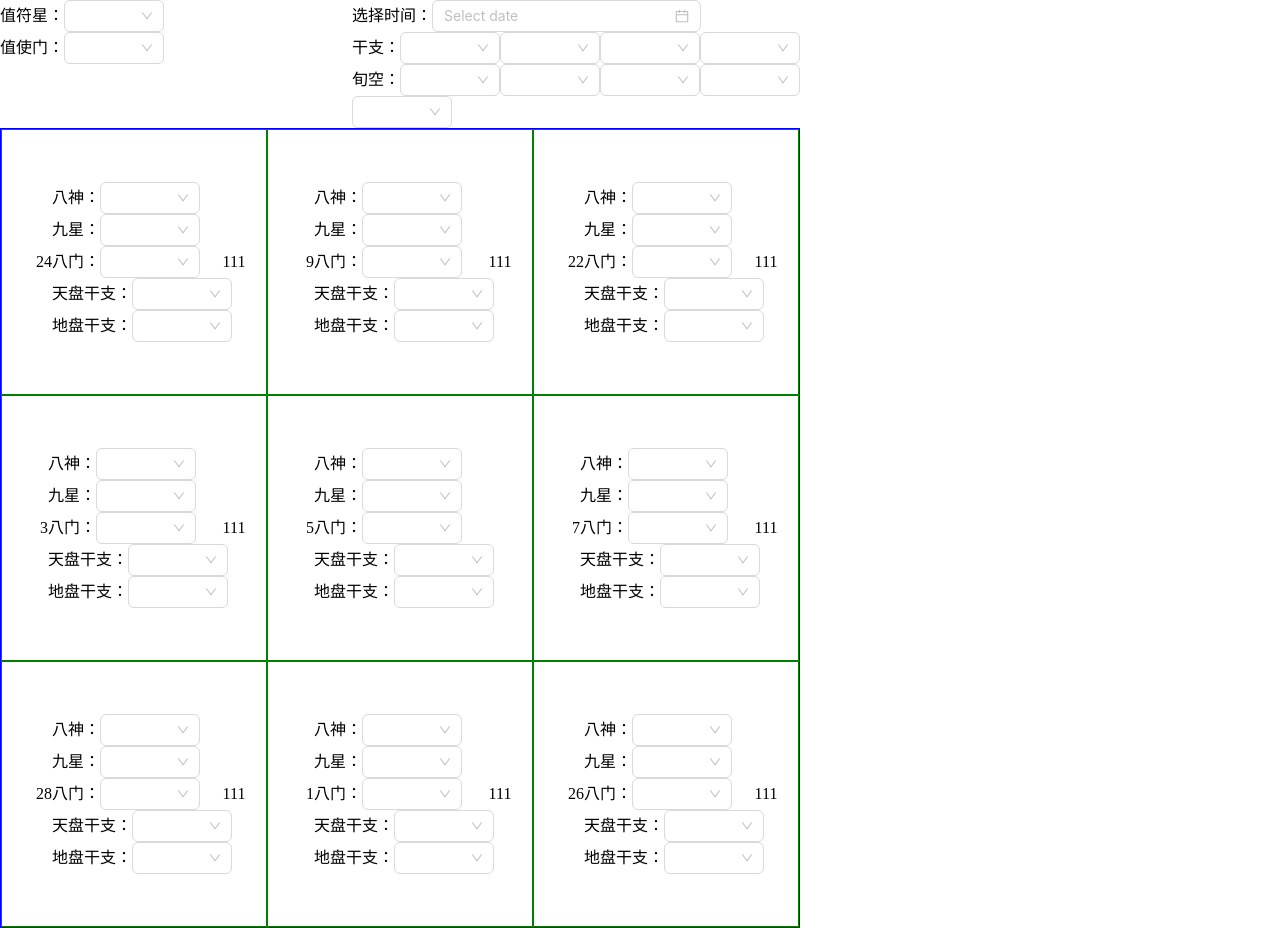
Repository: DaozhangChen/qiMen
Page: /
The author's editor kept a copy of each file at every save. The page is drawn from the files as they stood at one save, then again after the next save.
The browser window is 1280 px wide. The pictures show the whole page.
The project was rebuilt for these pictures with package versions that can differ from the ones it lists, and the page was loaded fresh each time. Also part of the build but not shown: vite.config.js.

Above is the page before, as saved 2024-04-06 15:40:26.

### src/App.jsx
import Sudoku from './compoment/Sudoku'

function App() {

  return (
    <>
      <Sudoku />
    </>
  )
}

export default App

### src/index.css
* {
  padding: 0;
  margin: 0;
  box-sizing: border-box;
}

ul,
li {
  list-style: none;
}

### src/compoment/Sudoku.jsx
import "../style/Sudoku.css"
import InfoSelect from "./InfoSelect"
import { useState } from "react"
import HeaderInfo from "./HeaderInfo"
import { useEffect } from "react"

function Sudoku() {
    const regionArr = [
        { number: 4, area: "巽" },
        { number: 9, area: "离" },
        { number: 2, area: "坤" },
        { number: 3, area: "震" },
        { number: 5, area: "中" },
        { number: 7, area: "兑" },
        { number: 8, area: "艮" },
        { number: 1, area: "坎" },
        { number: 6, area: "乾" }
    ]
    const baseHeaderInfo = {
        headerStar: null,
        headerDoor: null,
        headerTime: null,
        headerYearStem: null,
        headerMonthStem: null,
        headerDayStem: null,
        headerTimeStem: null,
        headerYearNull: null,
        headerMonthNull: null,
        headerDayNull: null,
        headerTimeNull: null,
        curPattern: null
    }
    const [detailInfo, setDetailInfo] = useState(regionArr)
    const [headerInfoObj, setHeaderInfoObj] = useState(baseHeaderInfo)
    useEffect(() => {
        console.log("11", detailInfo)
        return () => {
            console.log("22", detailInfo)
        }
    }, [detailInfo])


    return (
        <>
            <HeaderInfo setHeaderInfo={setHeaderInfoObj} />
            <div className="sudoku-grid">
                {/* 生成九宫格 */}
                {regionArr.map((value) => (
                    <div key={value.number} className="sudoku-row" data-key={value.number}>
                        {
                            value.number !== 5 ? <div className="task">111</div> : null
                        }
                        {
                            value.number % 2 === 0 ? <div className="task2">2</div> : null
                        }
                        <div>{value.number}</div>
                        <ul>
                            <li className="sudoku-cell">
                                <ul>
                                    <li className="god">八神：<span><InfoSelect type="god" setDetailInfo={setDetailInfo} area={value.number} /></span></li>
                                    <li className="star">九星：<span><InfoSelect type="star" setDetailInfo={setDetailInfo} area={value.number} /></span></li>
                                    <li className="door">八门：<span><InfoSelect type="door" setDetailInfo={setDetailInfo} area={value.number} /></span></li>
                                    <li className="upStem">天盘干支：<span><InfoSelect type="upStem" setDetailInfo={setDetailInfo} area={value.number} /></span></li>
                                    <li className="downStem">地盘干支：<span><InfoSelect type="downStem" setDetailInfo={setDetailInfo} area={value.number} /></span></li>
                                </ul>
                            </li>
                        </ul>
                    </div>
                ))}
            </div>
        </>
    )
}
export default Sudoku

### src/style/Sudoku.css
.sudoku-grid {
    border: 1px solid blue;
    width: 800px;
    height: 800px;
    display: grid;
    grid-template-columns: repeat(3, 1fr);
    grid-template-rows: repeat(3, 1fr);

}

.sudoku-row {
    display: flex;
    border: 1px solid green;
    align-items: center;
    justify-content: center;
    position: relative;
}

.sudoku-cell>li {
    margin: 5px 0px;
}

.task {
    position: absolute;
    transform: translateX(100px);
}

### src/compoment/InfoSelect.jsx
import { Select } from "antd";
import setOption from "../toolFunction/setOption"

// eslint-disable-next-line react/prop-types
const InfoSelect = ({ type, setDetailInfo, area }) => {
    const option = setOption(type)

    const setValue = (value) => {
        //设置全局value
        if (area === "header") {
            setDetailInfo(originObj => {
                originObj[type] = value
                return { ...originObj }
            })
        } else {
            setDetailInfo(originArr => {
                const newArr = originArr.map((item) => {
                    if (item.number === area) {
                        item[type] = value
                        return item
                    } else {
                        return item
                    }
                })
                return newArr
            })
        }
    }

    return (
        <>
            <Select style={{ width: 100 }} options={option} onChange={setValue} showSearch />
        </>
    )
}

export default InfoSelect

### src/compoment/HeaderInfo.jsx
import "../style/HeaderInfo.css"
import InfoSelect from "./InfoSelect"
import { DatePicker } from 'antd';
// eslint-disable-next-line react/prop-types
const HeaderInfo = ({ setHeaderInfo }) => {

    const timeChange = (time, dateString) => {
        setHeaderInfo((value) => {
            return { ...value, headerTime: dateString }
        })
    }
    return (
        <>
            <div className="headerWrapper">
                <div>
                    <div>值符星：<span><InfoSelect type="headerStar" setDetailInfo={setHeaderInfo} area="header" /></span></div>
                    <div>值使门：<span><InfoSelect type="headerDoor" setDetailInfo={setHeaderInfo} area="header" /></span></div>
                </div>
                <div>
                    <div>选择时间：<span><DatePicker showTime onChange={timeChange} /></span></div>
                    <div>干支：
                        <span>
                            <InfoSelect type="headerYearStem" setDetailInfo={setHeaderInfo} area="header" />
                            <InfoSelect type="headerMonthStem" setDetailInfo={setHeaderInfo} area="header" />
                            <InfoSelect type="headerDayStem" setDetailInfo={setHeaderInfo} area="header" />
                            <InfoSelect type="headerTimeStem" setDetailInfo={setHeaderInfo} area="header" />
                        </span>
                    </div>
                    <div>旬空：
                        <span>
                            <InfoSelect type="headerYearNull" setDetailInfo={setHeaderInfo} area="header" />
                            <InfoSelect type="headerMonthNull" setDetailInfo={setHeaderInfo} area="header" />
                            <InfoSelect type="headerDayNull" setDetailInfo={setHeaderInfo} area="header" />
                            <InfoSelect type="headerTimeNull" setDetailInfo={setHeaderInfo} area="header" />
                        </span>
                    </div>
                    <div>
                        <span>
                            <InfoSelect type="curPattern" setDetailInfo={setHeaderInfo} area="header" />
                        </span>
                    </div>
                </div>
            </div>
        </>
    )
}

export default HeaderInfo

### src/toolFunction/setOption.js
import allStem from "./getAllSexagenaryBranches"
function setupOption(arr) {
    const option = arr.map((value) => {
        const obj = {}
        obj.label = value
        obj.value = value
        return obj
    })
    return option
}

const setOption = (type) => {
    const godArr = ["值符", "腾蛇", "太阴", "六合", "白虎", "玄武", "九地", "九天"]
    const starArr = ["天蓬星", "天任星", "天冲星", "天辅星", "天英星", "天芮星", "天柱星", "天心星", "天禽星"]
    const doorArr = ["休门", "生门", "伤门", "杜门", "景门", "死门", "惊门", "开门"]
    const stemArr = ["戊", "己", "庚", "辛", "壬", "癸", "丁", "丙", "乙"]
    const downNullStem = ["子丑", "寅卯", "辰巳", "午未", "申酉", "戌亥"]
    const pattern = [
        "阳遁一局", "阳遁二局", "阳遁三局", "阳遁四局", "阳遁五局", "阳遁六局", "阳遁七局", "阳遁八局", "阳遁九局",
        "阴遁一局", "阴遁二局", "阴遁三局", "阴遁四局", "阴遁五局", "阴遁六局", "阴遁七局", "阴遁八局", "阴遁九局"
    ]
    const resultMap = {
        "god": setupOption(godArr),
        "star": setupOption(starArr),
        "door": setupOption(doorArr),
        "upStem": setupOption(stemArr),
        "downStem": setupOption(stemArr),
        "headerStar": setupOption(starArr),
        "headerDoor": setupOption(doorArr),
        "headerYearStem": setupOption(allStem),
        "headerMonthStem": setupOption(allStem),
        "headerDayStem": setupOption(allStem),
        "headerTimeStem": setupOption(allStem),
        "headerYearNull": setupOption(downNullStem),
        "headerMonthNull": setupOption(downNullStem),
        "headerDayNull": setupOption(downNullStem),
        "headerTimeNull": setupOption(downNullStem),
        "curPattern": setupOption(pattern)
    }
    return resultMap[type]
}

export default setOption

### src/style/HeaderInfo.css
.headerWrapper {
    display: flex;
    flex-direction: row;
    width: 800px;
    justify-content: space-between;
}

### src/toolFunction/getAllSexagenaryBranches.js
function getAllSexagenaryBranches() {
    const allUpStem = ["甲", "乙", "丙", "丁", "戊", "己", "庚", "辛", "壬", "癸"]
    const allDownStem = ["子", "丑", "寅", "卯", "辰", "巳", "午", "未", "申", "酉", "戌", "亥"]
    const finalItems = []
    let upIndex = 0
    let downIndex = 0
    for (let i = 0; i < 60; i++) {
        finalItems.push(allUpStem[upIndex] + allDownStem[downIndex])
        upIndex === 9 ? upIndex = 0 : upIndex++
        downIndex === 11 ? downIndex = 0 : downIndex++
    }
    return finalItems
}
const allStem = getAllSexagenaryBranches()


export default allStem

Loaded but not shown: index.html (common file); src/main.jsx (common file)

After the next save:
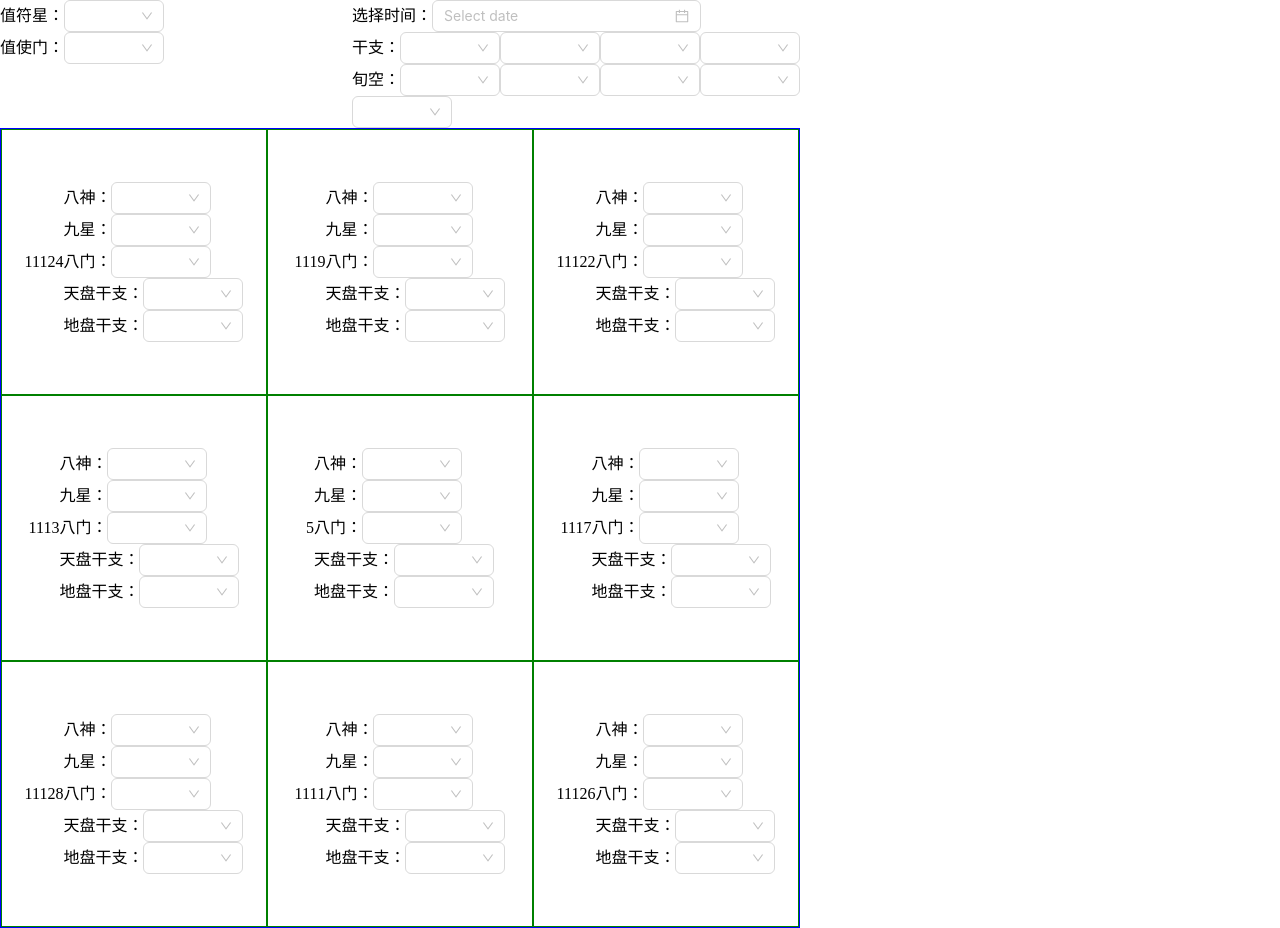
Saved 93 s later.
--- a/src/compoment/Sudoku.jsx
+++ b/src/compoment/Sudoku.jsx
@@ -48,10 +48,10 @@ function Sudoku() {
                 {regionArr.map((value) => (
                     <div key={value.number} className="sudoku-row" data-key={value.number}>
                         {
-                            value.number !== 5 ? <div className="task">111</div> : null
+                            value.number !== 5 ? <div className={"downStem1-" + value.number}>111</div> : null
                         }
                         {
-                            value.number % 2 === 0 ? <div className="task2">2</div> : null
+                            value.number % 2 === 0 ? <div className={"downStem2-" + value.number}>2</div> : null
                         }
                         <div>{value.number}</div>
                         <ul>
